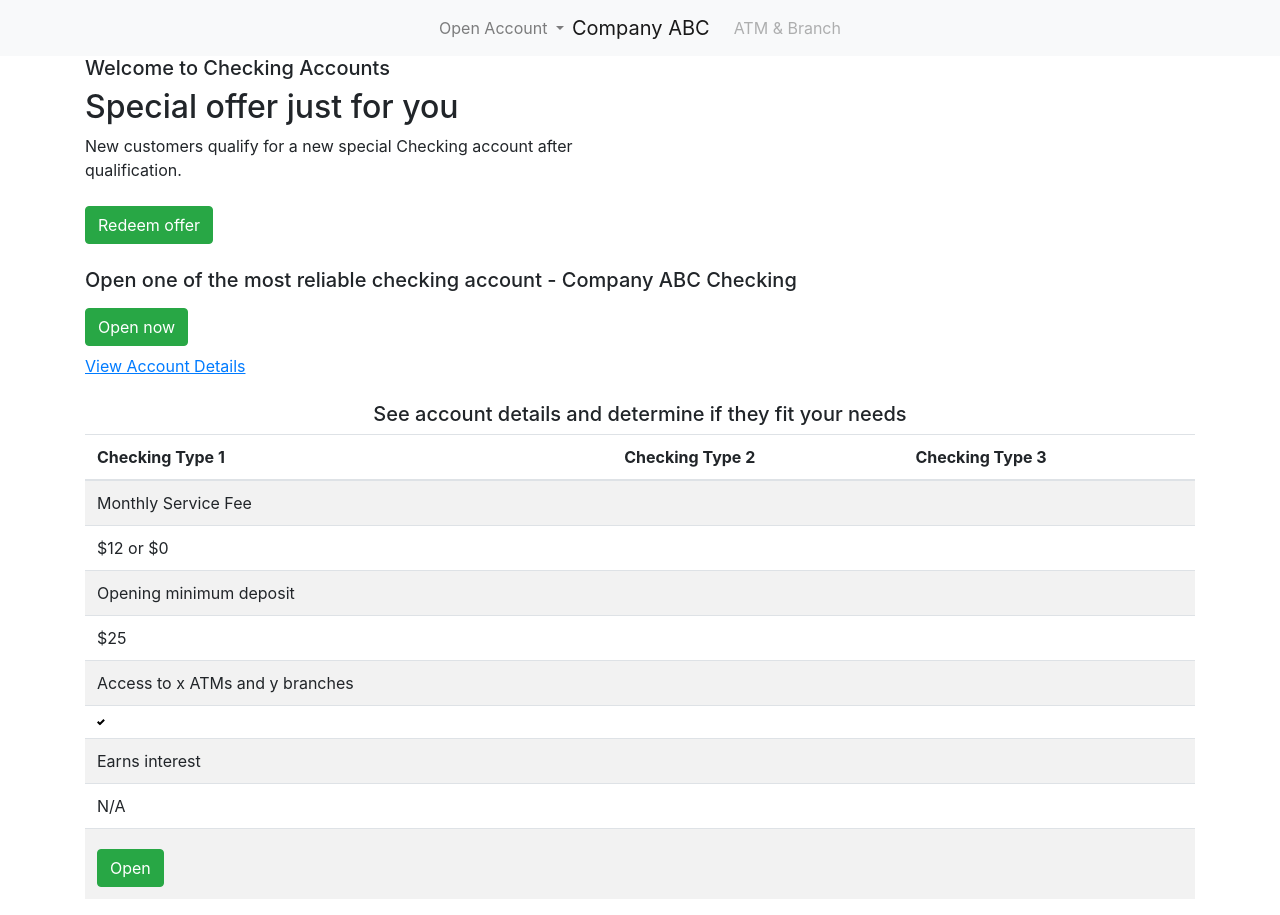
Repository: barriosan95/banking-opening-account-demo
Page: http://localhost/checking
The author's editor kept a record of every edit. The page is drawn from the files as they stood at one moment, then again after the next edit.
The browser window is 1280 px wide. The pictures show the whole page.
Some web fonts or font styles are not loaded; a fallback is used. Some web libraries are served in a nearby version. The page is served by the project's Node server (index.js).

Above is the page before.

After the next edit:
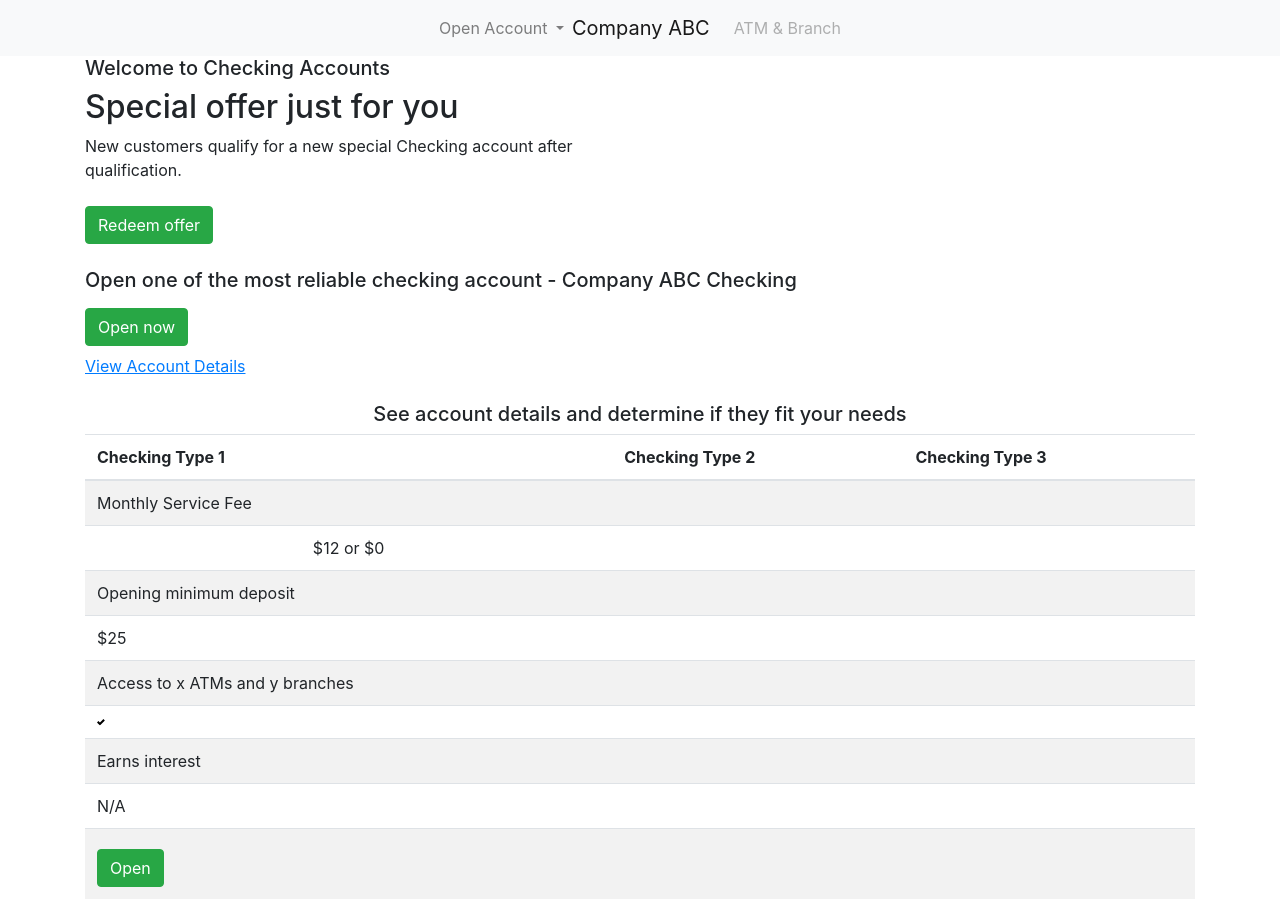
The edit:
--- a/views/checking.ejs
+++ b/views/checking.ejs
@@ -37,7 +37,7 @@
               <td></td>
             </tr>
             <tr>
-              <td class="">$12 or $0 </td>
+              <td class="text-center">$12 or $0 </td>
               <td></td>
               <td></td>
             </tr>
